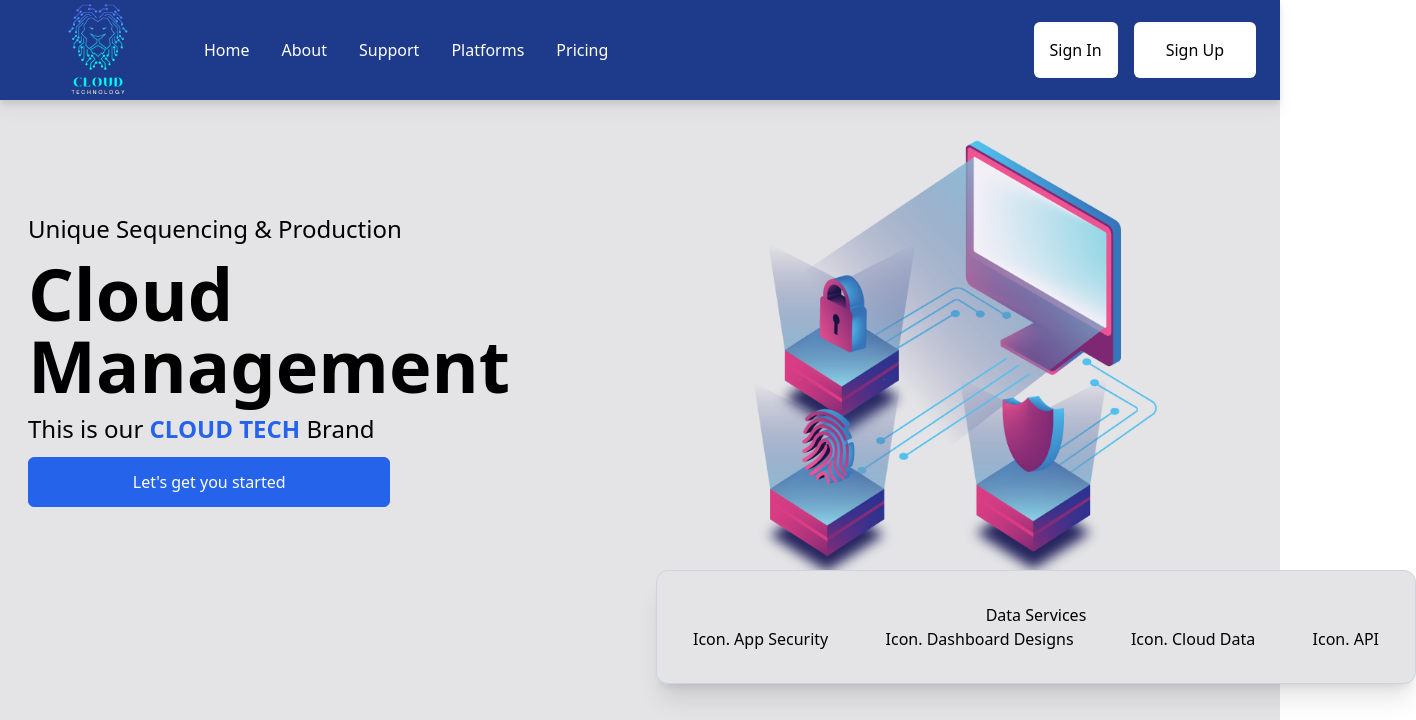
Repository: Esther-Kamau/cloud-management
Page: /
An editor plug-in stored every save of this project. The page is shown before and after the next save, followed by the edit.
The browser window is 1280 px wide. The page is 1416 px wide, so the pictures cover 1416 px, including what lies to the right of the window. The pictures show the whole page.
The project was rebuilt for these pictures with package versions that can differ from the ones it lists, and the page was loaded fresh each time. A package was used in the major version that the imports need, not the one package.json lists.

Above is the page before, as saved 2023-03-16 17:58:29.

### public/index.html
<!DOCTYPE html>
<html lang="en">
  <head>
    <meta charset="utf-8" />
    <link rel="icon" href="%PUBLIC_URL%/Logo.png" />
    <meta name="viewport" content="width=device-width, initial-scale=1" />
    <meta name="theme-color" content="#000000" />
    <meta
      name="description"
      content="Web site created using create-react-app"
    />
    <link rel="apple-touch-icon" href="%PUBLIC_URL%/Logo.png" />
    <!--
      manifest.json provides metadata used when your web app is installed on a
      user's mobile device or desktop. See https://developers.google.com/web/fundamentals/web-app-manifest/
    -->
    <link rel="manifest" href="%PUBLIC_URL%/manifest.json" />
    <!--
      Notice the use of %PUBLIC_URL% in the tags above.
      It will be replaced with the URL of the `public` folder during the build.
      Only files inside the `public` folder can be referenced from the HTML.

      Unlike "/favicon.ico" or "favicon.ico", "%PUBLIC_URL%/favicon.ico" will
      work correctly both with client-side routing and a non-root public URL.
      Learn how to configure a non-root public URL by running `npm run build`.
    -->
    <title>Cloud Technology</title>
  </head>
  <body>
    <noscript>You need to enable JavaScript to run this app.</noscript>
    <div id="root"></div>
    <!--
      This HTML file is a template.
      If you open it directly in the browser, you will see an empty page.

      You can add webfonts, meta tags, or analytics to this file.
      The build step will place the bundled scripts into the <body> tag.

      To begin the development, run `npm start` or `yarn start`.
      To create a production bundle, use `npm run build` or `yarn build`.
    -->
  </body>
</html>

### src/index.css
@tailwind base;
@tailwind components;
@tailwind utilities;

@layer base{
    li{
      @apply p-4 text-white hover:text-slate-300
    }
    button {
        @apply p-4 text-white border bg-blue-600 border-blue-600
        hover:bg-transparent hover:text-black rounded-md
      }
}

### src/App.jsx
import Navbar from "./components/Navbar"
import Hero from "./components/Hero"

function App() {
  return (

    <>
  <Navbar/>
  <Hero/>
    </>
  );
}

export default App;

### src/components/Navbar.jsx
import React,{useState} from "react";
import { MenuIcon, XIcon } from "@heroicons/react/outline";
import Logo from "../assets/Logo.png";

const Navbar = () => {
    const [nav,setNav] = useState(false)
    const handleClick =() => setNav(!nav)


  return (
    <div className="w-screen h-[100px] z-10 bg-blue-900 fixed drop-shadow-lg">
      <div className="px-2 flex justify-between items-center w-full h-full">
        <div className="flex items-center">
          <img className="h-[180px] w-[180px]" src={Logo} alt="Logoimg" />
          <ul className="hidden md:flex">
            <li>Home</li>
            <li>About</li>
            <li>Support</li>
            <li>Platforms</li>
            <li>Pricing</li>
          </ul>
        </div>
        <div className="hidden md:flex pr-4">
          <button className="border-none bg-white text-black mr-4 hover:text-white hover:bg-blue-300">
            Sign In
          </button>
          <button className="border-none bg-white text-black px-8 py-3 hover:text-white hover:bg-blue-300">
            Sign Up
          </button>
        </div>
        {/* toggle state */}
        <div className="md:hidden" onClick={handleClick}>
            {/* if the opposite of nav is true display this else xicon */}
{!nav ? <MenuIcon className="w-8 stroke-white" /> : <XIcon className="w-8 stroke-white" />}

        </div>
      </div>
      {/* if nav is not true hide the menu if tru display the menu */}
      <ul className={!nav ? 'hidden': "absolute bg-blue-900 w-full px-8"}>
        <li className="border-b-2 border-blue-200 w-full">Home</li>
        <li className="border-b-2 border-blue-200 w-full">About</li>
        <li className="border-b-2 border-blue-200 w-full">Support</li>
        <li className="border-b-2 border-blue-200 w-full">Platforms</li>
        <li className="border-b-2 border-blue-200 w-full">Pricing</li>
      <div className="flex flex-col my-4">
        <button className="bg-transparent text-white px-8 py-3 mb-4 hover:bg-slate-200 hover:text-black">Sign In</button>
        <button className="px-8 py-3" >Sign Up</button>
      </div>
      </ul>
    </div>
  );
};

export default Navbar;

### src/components/Hero.jsx
import React from "react";
import {
  CloudUploadIcon,
  DatabaseIcon,
  PaperAirplaneIcon,
  ServerIcon,
} from "@heroicons/react/solid";

import bgImg from "../assets/cyber-bg.png";

const Hero = () => {
  return (
    <div className="w-full h-screen bg-zinc-200 flex flex-col justify-between">
      <div className="grid md:grid-cols-2 max-w-[1240px] m-auto">
        <div className="flex flex-col justify-center md:items-start w-full px-2 py-3">
          <p className="text-2xl">Unique Sequencing & Production</p>
          <h1 className="py-3 text-5xl font-bold md:text-7xl">
            Cloud Management
          </h1>
          <p className="text-2xl mb-3">
            This is our{" "}
            <span className="text-blue-600 font-bold">CLOUD TECH</span> Brand
          </p>
          <button className="py-3 px-6 sm:w-[60%]">
            Let's get you started
          </button>
        </div>
        <div className="flex flex-col justify-center items-center w-full">
          <img src={bgImg} alt="bg" className="w-full h-full" />
        </div>
        <div
          className="absolute flex flex-col py-8 md:min-w-[760px] bottom-[5%] mx-4 md:left-1/2 bg-zinc-200
                 border border-slate-300 rounded-xl text-center shadow-xl"
        >
          <p>Data Services</p>
          <div className="flex flex-wrap justify-between px-5">
            <p className="flex px-4">Icon. App Security</p>
            <p className="flex px-4">Icon. Dashboard Designs</p>
            <p className="flex px-4">Icon. Cloud Data</p>
            <p className="flex px-4">Icon. API</p>
          </div>
        </div>
      </div>
    </div>
  );
};

export default Hero;

Loaded but not shown: src/index.js (common file); tailwind.config.js (common file)

After the next save:
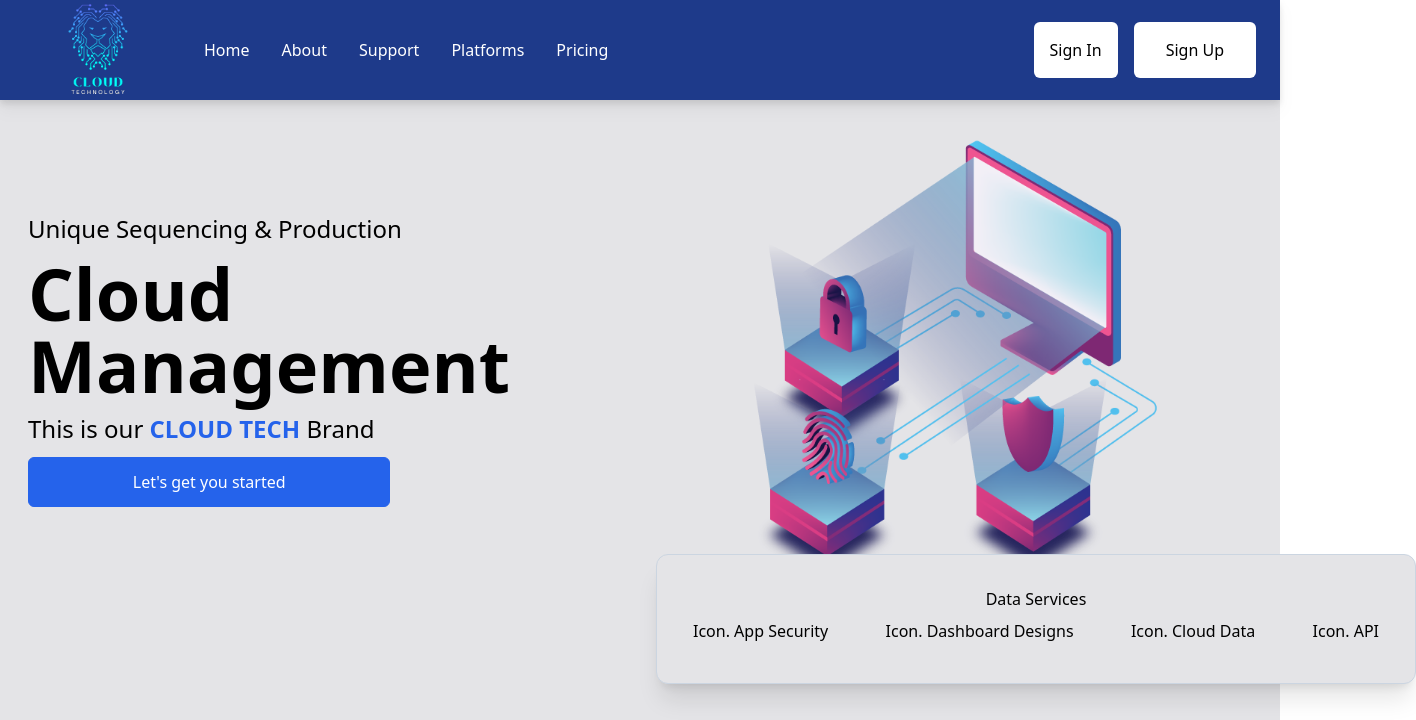
Saved 4 s later.
--- a/src/components/Hero.jsx
+++ b/src/components/Hero.jsx
@@ -34,10 +34,10 @@ const Hero = () => {
         >
           <p>Data Services</p>
           <div className="flex flex-wrap justify-between px-5">
-            <p className="flex px-4">Icon. App Security</p>
-            <p className="flex px-4">Icon. Dashboard Designs</p>
-            <p className="flex px-4">Icon. Cloud Data</p>
-            <p className="flex px-4">Icon. API</p>
+            <p className="flex px-4 py-2 ">Icon. App Security</p>
+            <p className="flex px-4 py-2 ">Icon. Dashboard Designs</p>
+            <p className="flex px-4 py-2 ">Icon. Cloud Data</p>
+            <p className="flex px-4 py-2 ">Icon. API</p>
           </div>
         </div>
       </div>
